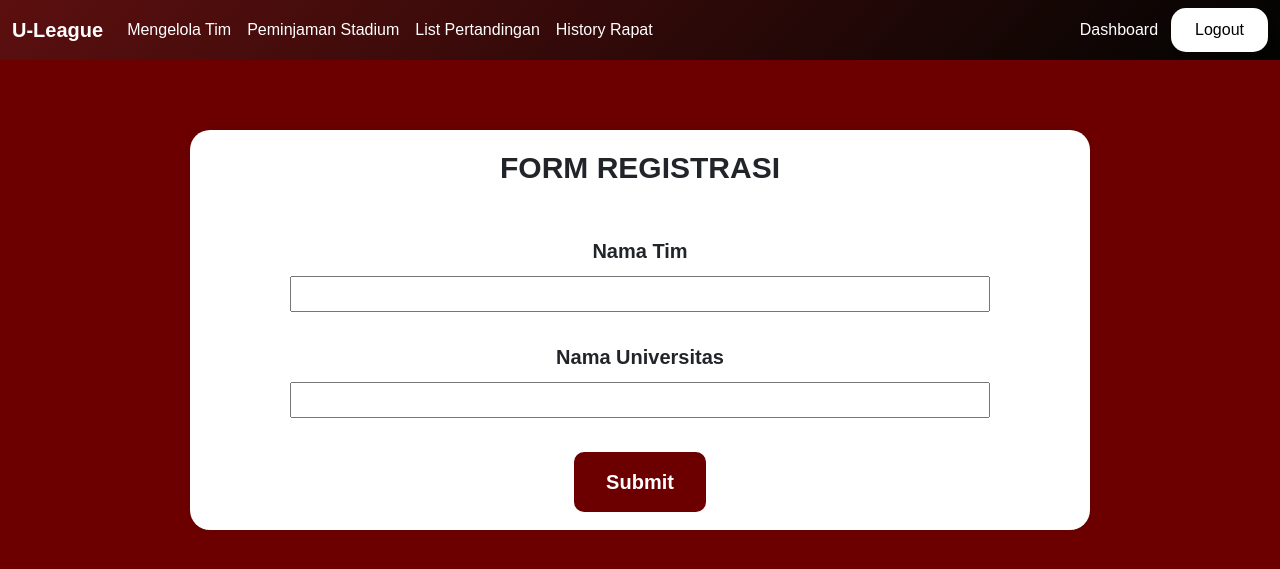
Repository: Basdat-F4/u-league
Page: team/templates/pendaftaran-tim.html
An editor plug-in stored every save of this project. The page is shown before and after the next save, followed by the edit.
The browser window is 1280 px wide. The pictures show the whole page.
The template is drawn by Django 4.2. The application's start-up code is not run. The template is opened directly, without the code that normally fills it, so the values that code supplies are empty.

Above is the page before, as saved 2023-05-25 13:17:16.

After the next save:
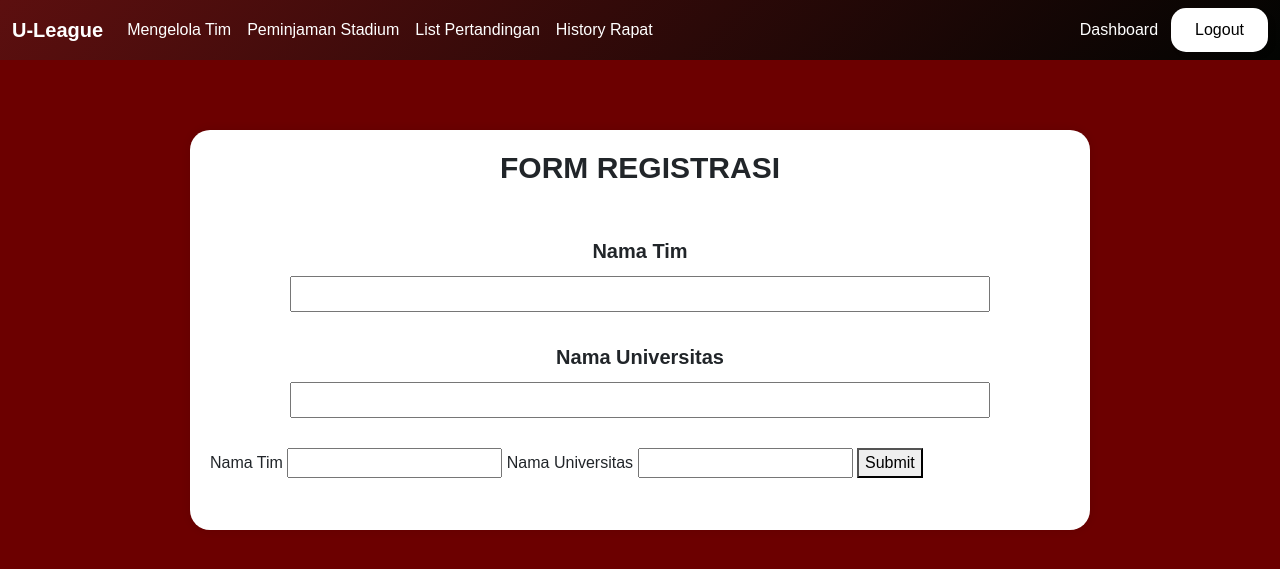
Saved 8 min 42 s later.
--- a/team/templates/pendaftaran-tim.html
+++ b/team/templates/pendaftaran-tim.html
@@ -127,9 +127,13 @@ body {
         <input type="text" id="name" name="name" style="display: block; margin: 0 auto; font-weight: lighter; font-size: 20px; width: 700px; margin-bottom: 30px;">
         <label for="name" style="display: block; margin: 0 auto; font-weight: bold; font-size: 20px; text-align: center; margin-bottom: 10px;">Nama Universitas</label>
         <input type="text" id="name" name="name" style="display: block; margin: 0 auto; font-weight: lighter; font-size: 20px; width: 700px;margin-bottom: 30px;">
-        <form action="tim.html">
-        <div style="display: flex; justify-content: center;">
-            <a href="{% url 'team:get_team' %}" class="submit-button">Submit</a>
-          </div>
-          </form>
+        <form action="{% url 'team:get_team' %}" method="POST">
+          {% csrf_token %}
+          <label for="nama_tim">Nama Tim</label>
+          <input type="text" id="nama_tim" name="nama_tim" required>
+          <label for="nama_universitas">Nama Universitas</label>
+          <input type="text" id="nama_universitas" name="nama_universitas" required>
+          <button type="submit">Submit</button>
+        </form>
+
         </div>
